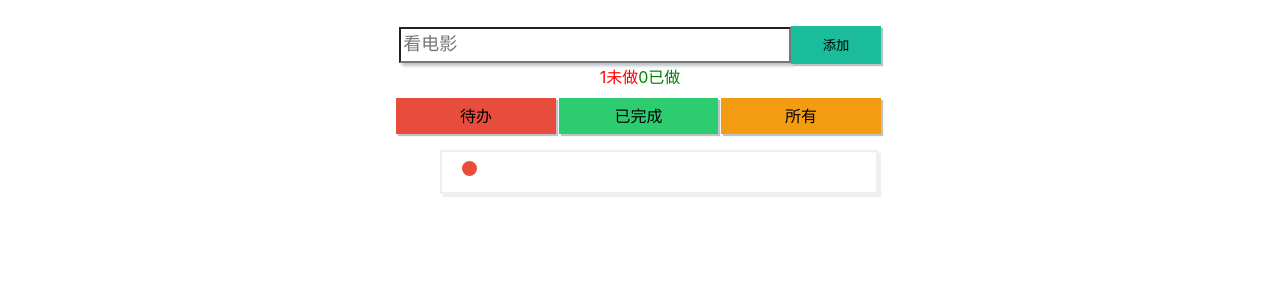
Repository: yurensmile/todolist
Page: /, after clicking the first element matching `button`
The author's editor kept a copy of each file at every save. The page is drawn from the files as they stood at one save, then again after the next save.
The browser window is 1280 px wide. The pictures show the whole page.
The project was rebuilt for these pictures with package versions that can differ from the ones it lists, and the page was loaded fresh each time. Also part of the build but not shown: src/All.js, src/HaveDone.js.

Above is the page before, as saved 2019-03-22 09:27:51.

### src/App.js
import React, { Component } from 'react';
import Todos from './Todos'
import './App.css';

class App extends Component {

  constructor() {
    super();
    this.state={
      inputValue: '',
      laters: [],
      havedones: [],
      checked: false,
      id: 1
    };
    this.updateHavedone = this.updateHavedone.bind(this);
    this.updateLaters = this.updateLaters.bind(this);
    this.contentOnclick = this.contentOnclick.bind(this)
  }

  handleOnClick() {
    this.setState(state =>{
      const laters = state.laters.concat(state.inputValue);
      return {
        laters,
        inputValue: ""
      }
    })
  }
  updateInputValue(e) {
    this.setState({
      inputValue: e.target.value
    })
  }

// 点击了三栏内容
  contentOnclick(e) {
    let choice = e.target.innerHTML;
    this.setState((preState)=>{
      switch(choice){
        case "待办": return {id: 1};
        case "已完成": return {id: 2};
        case "所有": return {id: 3};
        default: return {id:1};
      }
    })
  }

 // 如果laters中的某个被点击，则在laters中删除，并添加到havedone中
  updateHavedone(index, item, e){
    const text = e.target.innerHTML;
    let havedones;
    this.setState(state => {
      let n = state.laters.indexOf(item);
      let tem = state.laters.slice();
      tem.splice(n, 1);
      if(text === "delete") {
        havedones = state.havedones;
      }else{
        havedones = state.havedones.concat(item);
      }
      return ({
        havedones,
        laters: tem
      })
    })
  }

// 如果havedone中的某个被点击，则在havedone中删除，并添加到later中
  updateLaters(index, item, e){
    this.setState(state => {
      let n = state.havedones.indexOf(item);
      let tem = state.havedones.slice();
      tem.splice(n, 1);
      let laters = state.laters.concat(item);
      return({
        laters,
        havedones: tem
      })
    })
  }

  render() {
    return (
      <div className="App">
        <input type="text" placeholder="看电影" name="todo"
          value={this.state.inputValue} onChange={this.updateInputValue.bind(this)}/>
        <button onClick={this.handleOnClick.bind(this)}>添加</button><br/>
        <span style={{color: "red"}}>{this.state.laters.length}未做</span>
        <span style={{color: "green"}}>{this.state.havedones.length}已做</span>
        <div id="content" onClick={this.contentOnclick}>
          <div className="choice later">待办</div>
          <div className="choice havedone" >已完成</div>
          <div className="choice all">所有</div>
        </div>
        {/* 列表内容 */}
        <Todos
          id={this.state.id}
          laters={this.state.laters}
          havedones={this.state.havedones}
          all={this.state.all}
          updateHavedones={this.updateHavedone}
          updateLaters={this.updateLaters}
        />
      </div>
    );
  }
}

export default App;

### src/Todos.js
import React, { Component } from 'react';
import All from './All'
import HaveDone from './HaveDone'
import Later from './Later'

class Todos extends Component{

  render(){
    return(
      <div>
        {
          (()=>{
            switch(this.props.id){
              case 1: return <Later laters={this.props.laters}
                                  updateHavedones={this.props.updateHavedones}
                                  />;
              case 2: return <HaveDone havedones={this.props.havedones}
                                  updateLaters={this.props.updateLaters}
                                  />;
              case 3: return <All laters={this.props.laters} havedones={this.props.havedones}/>
              default: console.log("sofunny");
            }

          })()}
      </div>
    )
  }
}
export default Todos;

### src/App.css
.App {
  margin-top: 2%;
  text-align: center;
}

input[type="checkbox"]{
  visibility: hidden;
}

ul{
  list-style-type: none;
}
li{
  display: inline-block;
  width: 35%;
  line-height: 36px;
  height: 40px;
  margin-bottom: 4px;
  margin-left: -3%;
  /* text-align: left; */
  border: 2px solid rgba(236, 240, 241,1.0);
  box-shadow: 3px 3px 1px rgba(236, 240, 241,1.0);
  font-size: 18px;
}
.choice{
  margin-top: 10px;
  margin-right: 3px;
  box-shadow: 2px 2px 1px rgba(189, 195, 199,1.0);
  display: inline-block;
  width: 12%;
  height: 30px;
  text-align: center;
  line-height: 30px;
  border:3px solid rgb(197, 193, 193);
}
.later{
  /* border-color: red; */
  background-color: rgba(231, 76, 60,1.0);
  border-color: rgba(231, 76, 60,1.0);
}
.havedone{
  /* border-color: green; */
  background-color:rgba(46, 204, 113,1.0);
  border-color: rgba(46, 204, 113,1.0);
}
.all{
  background-color: rgba(243, 156, 18,1.0);
  border-color:rgba(243, 156, 18,1.0);
}

.toggle{
  display: inline-block;
}
.App-link {
  color: #61dafb;
}
input[type="text" ]{
  width: 30%;
  height: 30px;
  box-shadow: 3px 3px 3px rgba(189, 195, 199,1.0);
  font-size: 18px;
}
.later.circle{
  height: 15px;
  width: 15px;
  background-color: rgba(231, 76, 60,1.0);
  border-radius: 50%;
  display: inline-block;
}

button{
  background-color: rgba(26, 188, 156,1.0);
  border: 0px;
  width: 7%;
  height: 38px;
  box-shadow: 2px 2px 1px rgba(189, 195, 199,1.0);
}
.delete{
  visibility: hidden;
}
#content{
  margin-left: auto;
  margin-right: auto;
}

### src/Later.js
import React, { Component } from 'react';

class Later extends Component{
  constructor(props){
    super(props);
    this.state = {
      checked: false,
    };
  }

  // 点击了todo 列表的内容
  handleTodoOnclick(checked, index, item, e){
        this.setState((preState)=>{
          return {checked: !preState.checked}
        });
        if(checked){

        }else{
  //如果later中的某个被点击，则在later中删除，并添加到havedone中
          this.props.updateHavedones(index, item, e);
        }
      }
  render(){
    return (
      <ul>
        {this.props.laters.map((item, index)=>{
          return (
            <div onClick={
              this.handleTodoOnclick.bind(this, this.state.checked, index, item)
              }>
              <input className="toggle" type="checkbox"/>
              <span class="later circle"></span>
              <li class="left" key={index}>{item}
              <button class="delete">delete</button>
              </li>
            </div>
          )
        })}
      </ul>
    )
  }
}

export default Later;

Loaded but not shown: public/index.html (common file); src/index.js (common file); src/index.css (common file); src/serviceWorker.js (common file)

After the next save:
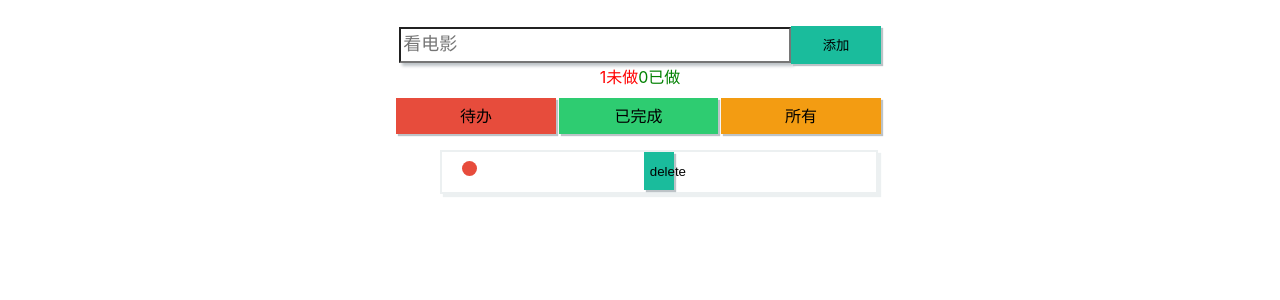
Saved 32 s later.
--- a/src/App.css
+++ b/src/App.css
@@ -75,9 +75,9 @@ button{
   height: 38px;
   box-shadow: 2px 2px 1px rgba(189, 195, 199,1.0);
 }
-.delete{
+/* .delete{
   visibility: hidden;
-}
+} */
 #content{
   margin-left: auto;
   margin-right: auto;
